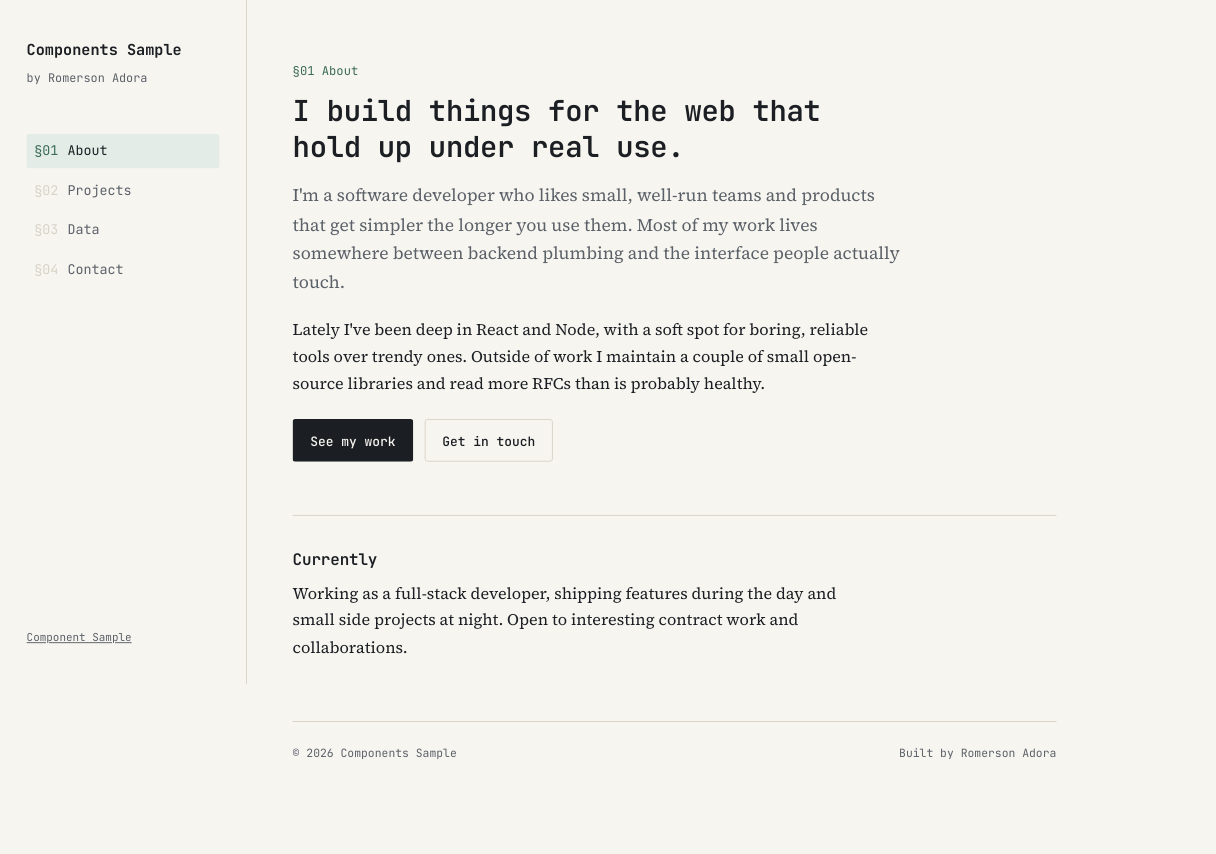
Repository: rsondev/Components-Project
Page: /
These files come from the project's save history. The page is drawn as it stood at one moment and after the next save; the edit follows.
The browser window is 1280 px wide. The pictures show the whole page, at 95% of full size.
The project was rebuilt for these pictures with package versions that can differ from the ones it lists, and the page was loaded fresh each time. Also part of the build but not shown: vite.config.js, src/components/ProjectCard.jsx, src/data/projects.js, src/pages/Projects.jsx, src/components/DataStats.jsx, src/data/skills.js, src/pages/Data.jsx, src/components/ContactForm.jsx and 1 more.

Above is the page before, as saved 2026-09-12 13:40:02.

### index.html
<!doctype html>
<html lang="en">
  <head>
    <meta charset="UTF-8" />
    <meta name="viewport" content="width=device-width, initial-scale=1.0" />
    <title>Sample Component | By: Romerson Adora</title>
    <link rel="preconnect" href="https://fonts.googleapis.com" />
    <link rel="preconnect" href="https://fonts.gstatic.com" crossorigin />
    <link
      href="https://fonts.googleapis.com/css2?family=JetBrains+Mono:wght@400;500;600;700&family=Source+Serif+4:opsz,wght@8..60,400;8..60,500;8..60,600;8..60,700&display=swap"
      rel="stylesheet"
    />
  </head>
  <body>
    <div id="root"></div>
    <script type="module" src="/src/main.jsx"></script>
  </body>
</html>

### src/App.jsx
import React from 'react'
import { Routes, Route } from 'react-router-dom'
import Sidebar from './components/Sidebar.jsx'
import Home from './pages/Home.jsx'
import Projects from './pages/Projects.jsx'
import Data from './pages/Data.jsx'
import Contact from './pages/Contact.jsx'

export default function App() {
  return (
    <div className="layout">
      <Sidebar />
      <main className="content">
        <Routes>
          <Route path="/" element={<Home />} />
          <Route path="/projects" element={<Projects />} />
          <Route path="/data" element={<Data />} />
          <Route path="/contact" element={<Contact />} />
          <Route
            path="*"
            element={
              <>
                <div className="page-eyebrow">404</div>
                <h1 className="page-title">Page not found</h1>
                <p>That page doesn't exist. Try the nav on the left.</p>
              </>
            }
          />
        </Routes>
      </main>
    </div>
  )
}

### src/index.css
:root {
  --paper: #f7f5f0;
  --paper-alt: #f1eee6;
  --ink: #1b1f23;
  --ink-soft: #5b6168;
  --line: #d8d3c7;
  --accent: #3a6b54;
  --accent-soft: #e4ece7;
  --rust: #b5482c;
  --mono: 'JetBrains Mono', ui-monospace, 'SFMono-Regular', Menlo, monospace;
  --serif: 'Source Serif 4', Georgia, 'Times New Roman', serif;
  --content-max: 640px;
  --sidebar-w: 260px;
}

* {
  box-sizing: border-box;
}

html,
body {
  margin: 0;
  padding: 0;
}

body {
  background: var(--paper);
  color: var(--ink);
  font-family: var(--serif);
  font-size: 17px;
  line-height: 1.65;
  -webkit-font-smoothing: antialiased;
}

h1,
h2,
h3,
h4 {
  font-family: var(--mono);
  font-weight: 600;
  line-height: 1.25;
  letter-spacing: -0.01em;
  margin: 0 0 0.6em;
}

p {
  margin: 0 0 1.1em;
  max-width: 68ch;
}

a {
  color: var(--accent);
}

a:focus-visible,
button:focus-visible,
input:focus-visible,
textarea:focus-visible {
  outline: 2px solid var(--accent);
  outline-offset: 2px;
}

::selection {
  background: var(--accent-soft);
}

.layout {
  display: flex;
  min-height: 100vh;
}

/* ---------- Sidebar ---------- */

.sidebar {
  width: var(--sidebar-w);
  flex-shrink: 0;
  border-right: 1px solid var(--line);
  padding: 2.5rem 1.75rem;
  position: sticky;
  top: 0;
  height: 100vh;
  display: flex;
  flex-direction: column;
  justify-content: space-between;
}

.sidebar-top .brand {
  font-family: var(--mono);
  font-weight: 700;
  font-size: 1rem;
  color: var(--ink);
  text-decoration: none;
  display: block;
}

.sidebar-top .role {
  font-family: var(--mono);
  font-size: 0.78rem;
  color: var(--ink-soft);
  margin-top: 0.35rem;
}

.sidebar-nav {
  margin-top: 3rem;
  display: flex;
  flex-direction: column;
  gap: 0.35rem;
}

.sidebar-nav a {
  font-family: var(--mono);
  font-size: 0.88rem;
  text-decoration: none;
  color: var(--ink-soft);
  padding: 0.4rem 0.5rem;
  border-radius: 3px;
  display: flex;
  gap: 0.6rem;
}

.sidebar-nav a .tag {
  color: var(--line);
}

.sidebar-nav a:hover {
  color: var(--ink);
  background: var(--paper-alt);
}

.sidebar-nav a.active {
  color: var(--ink);
  background: var(--accent-soft);
}

.sidebar-nav a.active .tag {
  color: var(--accent);
}

.sidebar-foot {
  font-family: var(--mono);
  font-size: 0.72rem;
  color: var(--ink-soft);
}

.sidebar-foot a {
  color: var(--ink-soft);
}

/* Mobile top bar */
.topbar {
  display: none;
}

@media (max-width: 860px) {
  .sidebar {
    display: none;
  }
  .topbar {
    display: flex;
    align-items: center;
    justify-content: space-between;
    padding: 1.1rem 1.25rem;
    border-bottom: 1px solid var(--line);
    position: sticky;
    top: 0;
    background: var(--paper);
    z-index: 10;
  }
  .topbar .brand {
    font-family: var(--mono);
    font-weight: 700;
    text-decoration: none;
    color: var(--ink);
    font-size: 0.95rem;
  }
  .topbar-nav {
    display: flex;
    gap: 1rem;
  }
  .topbar-nav a {
    font-family: var(--mono);
    font-size: 0.78rem;
    text-decoration: none;
    color: var(--ink-soft);
  }
  .topbar-nav a.active {
    color: var(--accent);
  }
}

/* ---------- Main content ---------- */

.content {
  flex: 1;
  padding: 4rem 3rem 6rem;
  max-width: 900px;
}

@media (max-width: 860px) {
  .content {
    padding: 2.5rem 1.25rem 4rem;
  }
}

.page-eyebrow {
  font-family: var(--mono);
  font-size: 0.8rem;
  color: var(--accent);
  margin-bottom: 0.75rem;
}

.page-title {
  font-size: 1.9rem;
  max-width: var(--content-max);
}

.page-lede {
  font-family: var(--serif);
  font-size: 1.15rem;
  color: var(--ink-soft);
  max-width: var(--content-max);
}

.section {
  margin-top: 3.5rem;
  padding-top: 2.25rem;
  border-top: 1px solid var(--line);
}

.section-title {
  font-size: 1.05rem;
}

/* ---------- Button component ---------- */

.btn {
  font-family: var(--mono);
  font-size: 0.85rem;
  font-weight: 500;
  border-radius: 3px;
  padding: 0.65rem 1.1rem;
  border: 1px solid transparent;
  cursor: pointer;
  display: inline-flex;
  align-items: center;
  gap: 0.5rem;
  text-decoration: none;
  transition: background 0.15s ease, border-color 0.15s ease, color 0.15s ease;
}

.btn-primary {
  background: var(--ink);
  color: var(--paper);
}

.btn-primary:hover {
  background: var(--accent);
}

.btn-ghost {
  background: transparent;
  color: var(--ink);
  border-color: var(--line);
}

.btn-ghost:hover {
  border-color: var(--ink);
}

.btn:disabled {
  opacity: 0.55;
  cursor: not-allowed;
}

/* ---------- Project cards ---------- */

.project-grid {
  display: grid;
  grid-template-columns: 1fr;
  gap: 1.25rem;
  margin-top: 1.75rem;
}

.project-card {
  border: 1px solid var(--line);
  border-radius: 4px;
  padding: 1.5rem 1.6rem;
  background: var(--paper-alt);
}

.project-card-head {
  display: flex;
  justify-content: space-between;
  align-items: baseline;
  gap: 1rem;
  flex-wrap: wrap;
}

.project-card h3 {
  font-size: 1.05rem;
}

.project-year {
  font-family: var(--mono);
  font-size: 0.78rem;
  color: var(--ink-soft);
  white-space: nowrap;
}

.project-stack {
  display: flex;
  flex-wrap: wrap;
  gap: 0.4rem;
  margin: 0.9rem 0 1.1rem;
}

.chip {
  font-family: var(--mono);
  font-size: 0.72rem;
  color: var(--accent);
  background: var(--accent-soft);
  padding: 0.2rem 0.5rem;
  border-radius: 3px;
}

.project-links {
  display: flex;
  gap: 0.75rem;
  margin-top: 1rem;
}

/* ---------- Data / stats component ---------- */

.data-block {
  margin-top: 2rem;
}

.data-block-title {
  font-family: var(--mono);
  font-size: 0.85rem;
  color: var(--ink-soft);
  margin-bottom: 0.9rem;
}

.stat-row {
  display: grid;
  grid-template-columns: 140px 1fr 46px;
  align-items: center;
  gap: 1rem;
  padding: 0.55rem 0;
  border-bottom: 1px solid var(--line);
}

.stat-row:last-child {
  border-bottom: none;
}

.stat-label {
  font-family: var(--mono);
  font-size: 0.85rem;
}

.stat-track {
  height: 6px;
  background: var(--paper-alt);
  border-radius: 3px;
  overflow: hidden;
  border: 1px solid var(--line);
}

.stat-fill {
  height: 100%;
  background: var(--accent);
}

.stat-value {
  font-family: var(--mono);
  font-size: 0.78rem;
  color: var(--ink-soft);
  text-align: right;
}

.metric-grid {
  display: grid;
  grid-template-columns: repeat(auto-fit, minmax(140px, 1fr));
  gap: 1px;
  background: var(--line);
  border: 1px solid var(--line);
  margin-top: 1.5rem;
}

.metric-cell {
  background: var(--paper);
  padding: 1.1rem 1.2rem;
}

.metric-num {
  font-family: var(--mono);
  font-size: 1.6rem;
  color: var(--rust);
  display: block;
}

.metric-label {
  font-family: var(--mono);
  font-size: 0.72rem;
  color: var(--ink-soft);
  margin-top: 0.3rem;
}

/* ---------- Contact form ---------- */

.contact-form {
  max-width: var(--content-max);
  margin-top: 2rem;
  display: flex;
  flex-direction: column;
  gap: 1.25rem;
}

.field {
  display: flex;
  flex-direction: column;
  gap: 0.4rem;
}

.field label {
  font-family: var(--mono);
  font-size: 0.78rem;
  color: var(--ink-soft);
}

.field input,
.field textarea {
  font-family: var(--serif);
  font-size: 1rem;
  padding: 0.7rem 0.8rem;
  border: 1px solid var(--line);
  border-radius: 3px;
  background: var(--paper-alt);
  color: var(--ink);
  resize: vertical;
}

.field input:focus,
.field textarea:focus {
  background: var(--paper);
}

.field-error {
  font-family: var(--mono);
  font-size: 0.72rem;
  color: var(--rust);
}

.form-status {
  font-family: var(--mono);
  font-size: 0.85rem;
  padding: 0.75rem 0.9rem;
  border-radius: 3px;
  border: 1px solid var(--accent);
  background: var(--accent-soft);
  color: var(--accent);
}

/* ---------- Footer ---------- */

.page-footer {
  margin-top: 4rem;
  padding-top: 1.5rem;
  border-top: 1px solid var(--line);
  font-family: var(--mono);
  font-size: 0.75rem;
  color: var(--ink-soft);
  display: flex;
  justify-content: space-between;
  flex-wrap: wrap;
  gap: 0.5rem;
}

### src/components/Sidebar.jsx
import React from 'react'
import { NavLink } from 'react-router-dom'

const links = [
  { to: '/', label: 'About', tag: '§01' },
  { to: '/projects', label: 'Projects', tag: '§02' },
  { to: '/data', label: 'Data', tag: '§03' },
  { to: '/contact', label: 'Contact', tag: '§04' },
]

export default function Sidebar() {
  return (
    <>
      <aside className="sidebar">
        <div className="sidebar-top">
          <NavLink to="/" className="brand">
            Components Sample
          </NavLink>
          <div className="role">by Romerson Adora</div>

          <nav className="sidebar-nav">
            {links.map((link) => (
              <NavLink
                key={link.to}
                to={link.to}
                end={link.to === '/'}
                className={({ isActive }) => (isActive ? 'active' : '')}
              >
                <span className="tag">{link.tag}</span>
                {link.label}
              </NavLink>
            ))}
          </nav>
        </div>

        <div className="sidebar-foot">
          <a href="mailto:romersoncruzadora@gmail.com">Component Sample</a>
        </div>
      </aside>

      <div className="topbar">
        <NavLink to="/" className="brand">
          Alex Rivera
        </NavLink>
        <nav className="topbar-nav">
          {links.map((link) => (
            <NavLink
              key={link.to}
              to={link.to}
              end={link.to === '/'}
              className={({ isActive }) => (isActive ? 'active' : '')}
            >
              {link.label}
            </NavLink>
          ))}
        </nav>
      </div>
    </>
  )
}

### src/pages/Home.jsx
import React from 'react'
import Button from '../components/Button.jsx'
import Footer from '../components/Footer.jsx'

export default function Home() {
  return (
    <>
      <div className="page-eyebrow">§01 About</div>
      <h1 className="page-title">
        I build things for the web that hold up under real use.
      </h1>
      <p className="page-lede">
        I'm a software developer who likes small, well-run teams and
        products that get simpler the longer you use them. Most of my
        work lives somewhere between backend plumbing and the interface
        people actually touch.
      </p>

      <p>
        Lately I've been deep in React and Node, with a soft spot for
        boring, reliable tools over trendy ones. Outside of work I
        maintain a couple of small open-source libraries and read more
        RFCs than is probably healthy.
      </p>

      <div style={{ display: 'flex', gap: '0.75rem', marginTop: '1.5rem' }}>
        <Button href="/projects">See my work</Button>
        <Button href="/contact" variant="ghost">
          Get in touch
        </Button>
      </div>

      <div className="section">
        <h2 className="section-title">Currently</h2>
        <p>
          Working as a full-stack developer, shipping features during
          the day and small side projects at night. Open to interesting
          contract work and collaborations.
        </p>
      </div>

      <Footer />
    </>
  )
}

### src/components/Button.jsx
import React from 'react'


export default function Button({
  children,
  variant = 'primary',
  href,
  type = 'button',
  disabled = false,
  onClick,
  ...rest
}) {
  const className = `btn ${variant === 'ghost' ? 'btn-ghost' : 'btn-primary'}`

  if (href) {
    return (
      <a className={className} href={href} {...rest}>
        {children}
      </a>
    )
  }

  return (
    <button
      className={className}
      type={type}
      disabled={disabled}
      onClick={onClick}
      {...rest}
    >
      {children}
    </button>
  )
}

### src/components/Footer.jsx
import React from 'react'

export default function Footer() {
  return (
    <footer className="page-footer">
      <span>© {new Date().getFullYear()} Components Sample</span>
      <span>Built by Romerson Adora</span>
    </footer>
  )
}

Loaded but not shown: src/main.jsx (common file)

After the next save:
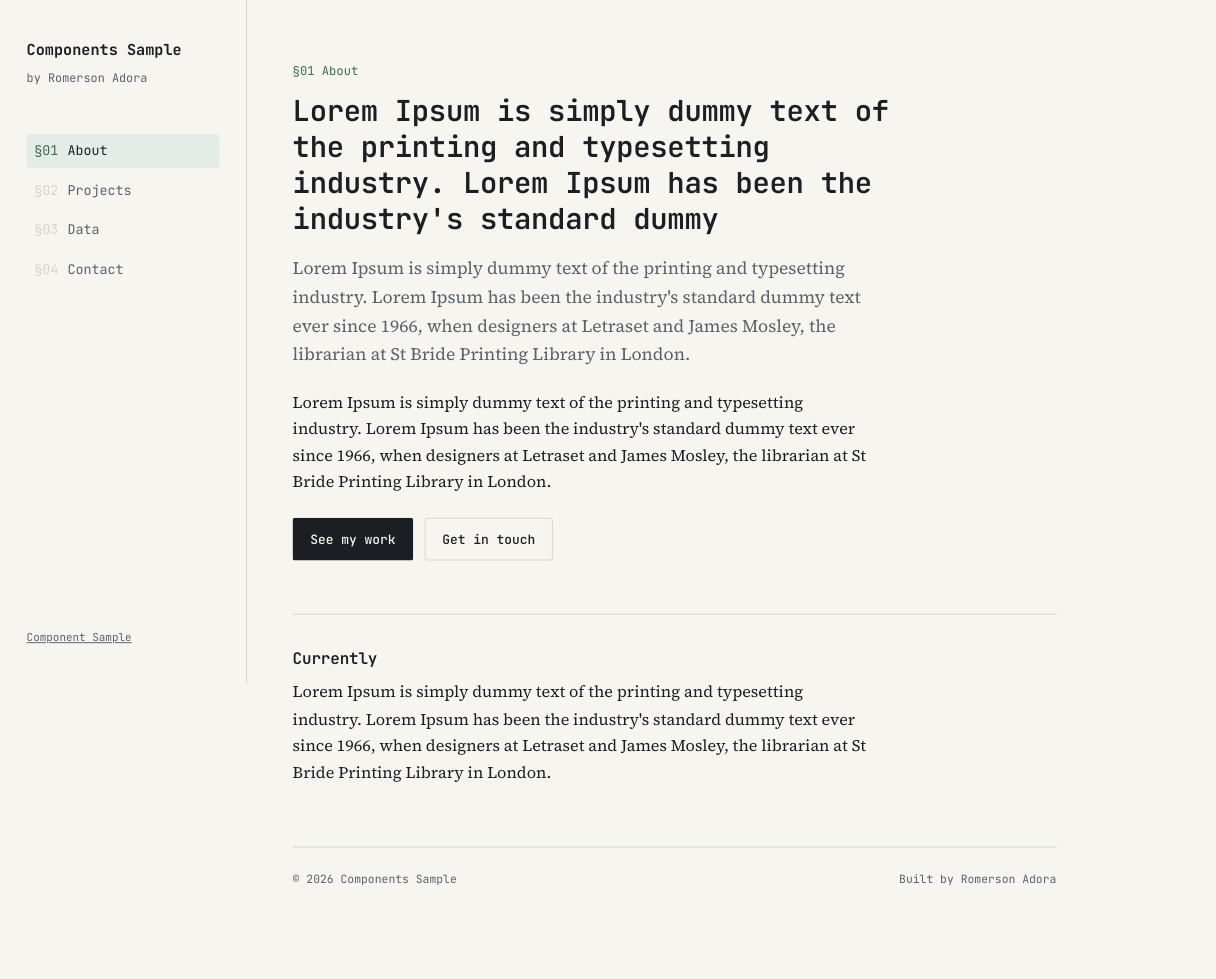
Saved 42 s later.
--- a/src/pages/Home.jsx
+++ b/src/pages/Home.jsx
@@ -7,20 +7,16 @@ export default function Home() {
     <>
       <div className="page-eyebrow">§01 About</div>
       <h1 className="page-title">
-        I build things for the web that hold up under real use.
+        Lorem Ipsum is simply dummy text of the printing and typesetting industry. Lorem Ipsum has been the industry's standard dummy
       </h1>
       <p className="page-lede">
-        I'm a software developer who likes small, well-run teams and
-        products that get simpler the longer you use them. Most of my
-        work lives somewhere between backend plumbing and the interface
-        people actually touch.
+        Lorem Ipsum is simply dummy text of the printing and typesetting industry. Lorem Ipsum has been the industry's standard dummy
+        text ever since 1966, when designers at Letraset and James Mosley, the librarian at St Bride Printing Library in London.
       </p>
 
       <p>
-        Lately I've been deep in React and Node, with a soft spot for
-        boring, reliable tools over trendy ones. Outside of work I
-        maintain a couple of small open-source libraries and read more
-        RFCs than is probably healthy.
+       Lorem Ipsum is simply dummy text of the printing and typesetting industry. Lorem Ipsum has been the industry's standard dummy
+        text ever since 1966, when designers at Letraset and James Mosley, the librarian at St Bride Printing Library in London.
       </p>
 
       <div style={{ display: 'flex', gap: '0.75rem', marginTop: '1.5rem' }}>
@@ -33,9 +29,8 @@ export default function Home() {
       <div className="section">
         <h2 className="section-title">Currently</h2>
         <p>
-          Working as a full-stack developer, shipping features during
-          the day and small side projects at night. Open to interesting
-          contract work and collaborations.
+          Lorem Ipsum is simply dummy text of the printing and typesetting industry. Lorem Ipsum has been the industry's standard dummy
+        text ever since 1966, when designers at Letraset and James Mosley, the librarian at St Bride Printing Library in London.
         </p>
       </div>
 
